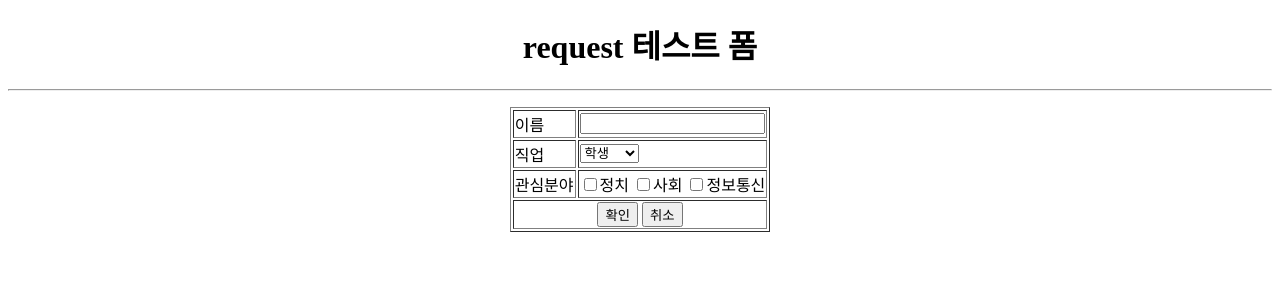
Repository: nijooymik/smartfactory
Page: http://localhost/t0720/requesttestform.jsp
The author's editor kept a copy of each file at every save. The page is drawn from the files as they stood at one save, then again after the next save.
The browser window is 1280 px wide. The pictures show the whole page.
The page is served by Tomcat 9.

Above is the page before, as saved 2022-07-20 03:10:16.

After the next save:
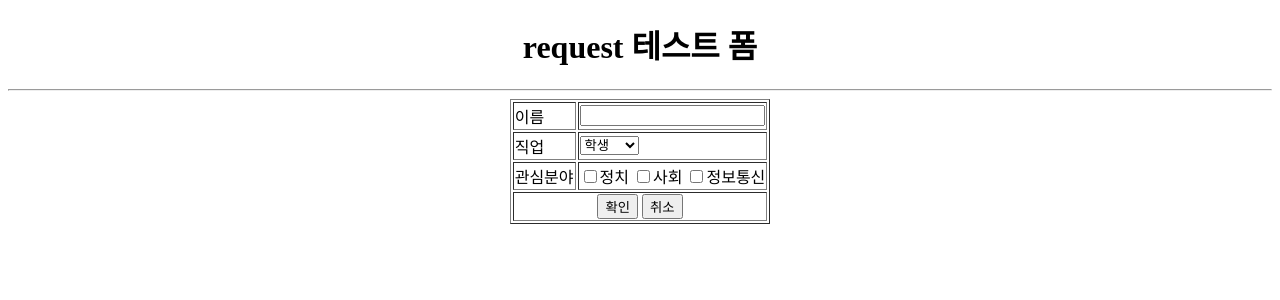
Saved 3 min 35 s later.
--- a/jsp/t0720/src/main/webapp/requesttestform.jsp
+++ b/jsp/t0720/src/main/webapp/requesttestform.jsp
@@ -10,36 +10,35 @@
 	<center>
 		<h1>request 테스트 폼</h1>
 		<hr>
-		<p>
+		<form action="re.jsp" method="post">
 
-			<table border=1><tr>
-				<td>이름</td>
-				<td><input type="text"></td>
-			</tr>
-			<tr>
-				<td>직업</td>
-				<td><select name="job">
-						<option>회사원</option>
-						<option>전문직</option>
-						<option selected>학생</option>
-						<option>무직</option></td>
-			</tr>
-			<tr>
-				<td>관심분야</td>
-				<td><input type="checkbox" name="fav" value="1">정치 <input
-					type="checkbox" name="fav" value="2">사회 <input
-					type="checkbox" name="fav" value="3">정보통신</td>
-			</tr>
-			<tr>
-				<td colspan=2 align=center>
-						<input type="submit" value="확인"> <input type="reset"
-							value="취소">
-					</td>
-			</tr>
+			<table border=1>
+				<tr>
+					<td>이름</td>
+					<td><input type="text" name="name"></td>
+				</tr>
+				<tr>
+					<td>직업</td>
+					<td><select name="job">
+							<option>회사원</option>
+							<option>전문직</option>
+							<option selected>학생</option>
+							<option>무직</option></td>
+				</tr>
+				<tr>
+					<td>관심분야</td>
+					<td><input type="checkbox" name="fav" value="1">정치 <input
+						type="checkbox" name="fav" value="2">사회 <input
+						type="checkbox" name="fav" value="3">정보통신</td>
+				</tr>
+				<tr>
+					<td colspan=2 align=center><input type="submit" value="확인">
+						<input type="reset" value="취소"></td>
+				</tr>
 
 
 
-		</table>
+			</table>
 	</center>
 </body>
 </html>
